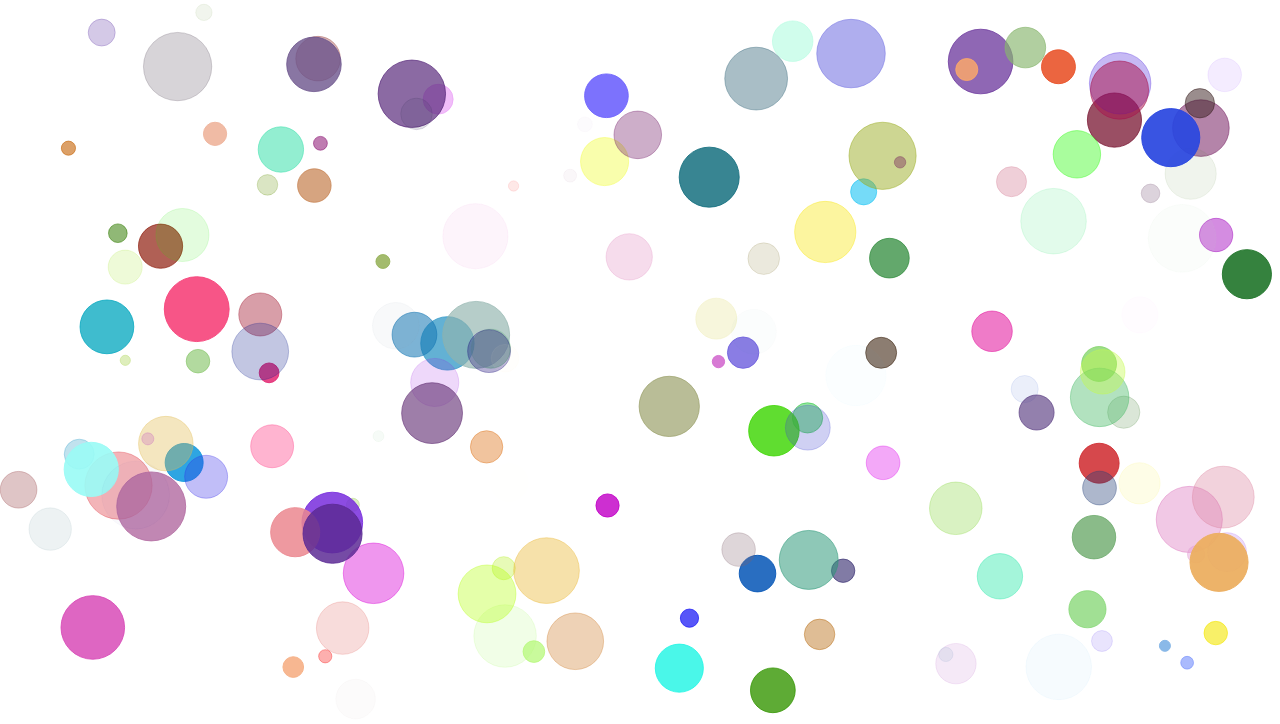
Repository: MikeTroianello/canvas-testing
Page: index.html
These files come from the project's save history. The page is drawn as it stood at one moment and after the next save; the edit follows.
The browser window is 1280 px wide. The pictures show the whole page.

Above is the page before, as saved 2019-06-05 16:42:01.

### index.html
<!DOCTYPE html>
<html lang="en">
  <head>
    <meta charset="UTF-8" />
    <meta name="viewport" content="width=device-width, initial-scale=1.0" />
    <meta http-equiv="X-UA-Compatible" content="ie=edge" />
    <link rel="stylesheet" type="text/css" href="style.css" />
    <title>Canvas</title>
  </head>
  <body>
    <canvas></canvas>
    <script src="canvas.js"></script>
  </body>
</html>

### style.css
body {
  margin: 0;
}

/* canvas {
  border: 1px solid black;
} */

### canvas.js
var canvas = document.querySelector('canvas');
console.log(canvas);

canvas.width = window.innerWidth;
canvas.height = window.innerHeight;

var ctx = canvas.getContext('2d');

// for (let i = 0; i < canvas.width; i++) {
//   ctx.fillStyle = `rgba(${i}, ${i}, ${i * 30}, 1)`;
//   ctx.fillRect(i * 100, i * 100, 100, 100);
// }

//Line

// ctx.beginPath();
// ctx.moveTo(50, 300);
// ctx.lineTo(300, 100);
// ctx.lineTo(400, 300);
// ctx.strokeStyle = 'blue';
// ctx.stroke();

//arc
// ctx.beginPath();
// ctx.arc(300, 300, 30, 0, Math.PI * 2, false);
// ctx.strokeStyle = 'red';
// ctx.stroke();

// for (let i = 0; i < 1009; i++) {
//   var x = Math.random() * window.innerWidth;
//   var y = Math.random() * window.innerHeight;
//   var r = Math.floor(Math.random() * 255);
//   ctx.beginPath();
//   ctx.arc(x, y, 30, 0, Math.PI * 2, false);
//   ctx.strokeStyle = `rgba(${Math.floor(Math.random() * 255)},${Math.floor(
//     Math.random() * 255
//   )},${Math.floor(Math.random() * 255)}, ${Math.random()}`;
//   ctx.stroke();
// }

//MOVING CIRCLE

class Circle {
  constructor(x, y, dx, dy, radius, color) {
    this.x = x;
    this.y = y;
    this.dx = dx;
    this.dy = dy;
    this.radius = radius;
    this.color = color;
    this.draw = function() {
      ctx.beginPath();
      ctx.arc(this.x, this.y, this.radius, 0, Math.PI * 2, false);
      ctx.strokeStyle = this.color;
      ctx.stroke();
      ctx.fillStyle = this.color;
      ctx.fill();
    };
    this.update = function() {
      if (this.x + radius >= innerWidth || this.x - radius <= 0) {
        this.dx = -this.dx;
      }
      if (this.y + radius >= innerHeight || this.y - radius <= 0) {
        this.dy = -this.dy;
      }
      this.x += this.dx;
      this.y += this.dy;

      this.draw();
    };
  }
}

var circleArray = [];

for (let i = 0; i < 150; i++) {
  let r = Math.random() * 30 + 5;
  // let r = 30;
  let x = Math.random() * (innerWidth - r * 2) + r;
  let y = Math.random() * (innerHeight - r * 2) + r;
  let dx = (Math.random() - 0.5) * 5;
  let dy = (Math.random() - 0.5) * 5;
  let color = `rgba(${Math.floor(Math.random() * 255)},${Math.floor(
    Math.random() * 255
  )},${Math.floor(Math.random() * 255)}, ${Math.random()}`;
  circleArray.push(new Circle(x, y, dx, dy, r, color));
}

console.log(circleArray);

function animate() {
  requestAnimationFrame(animate);
  ctx.clearRect(0, 0, innerWidth, innerHeight);

  for (let i = 0; i < circleArray.length; i++) {
    circleArray[i].update();
  }
}

animate();

After the next save:
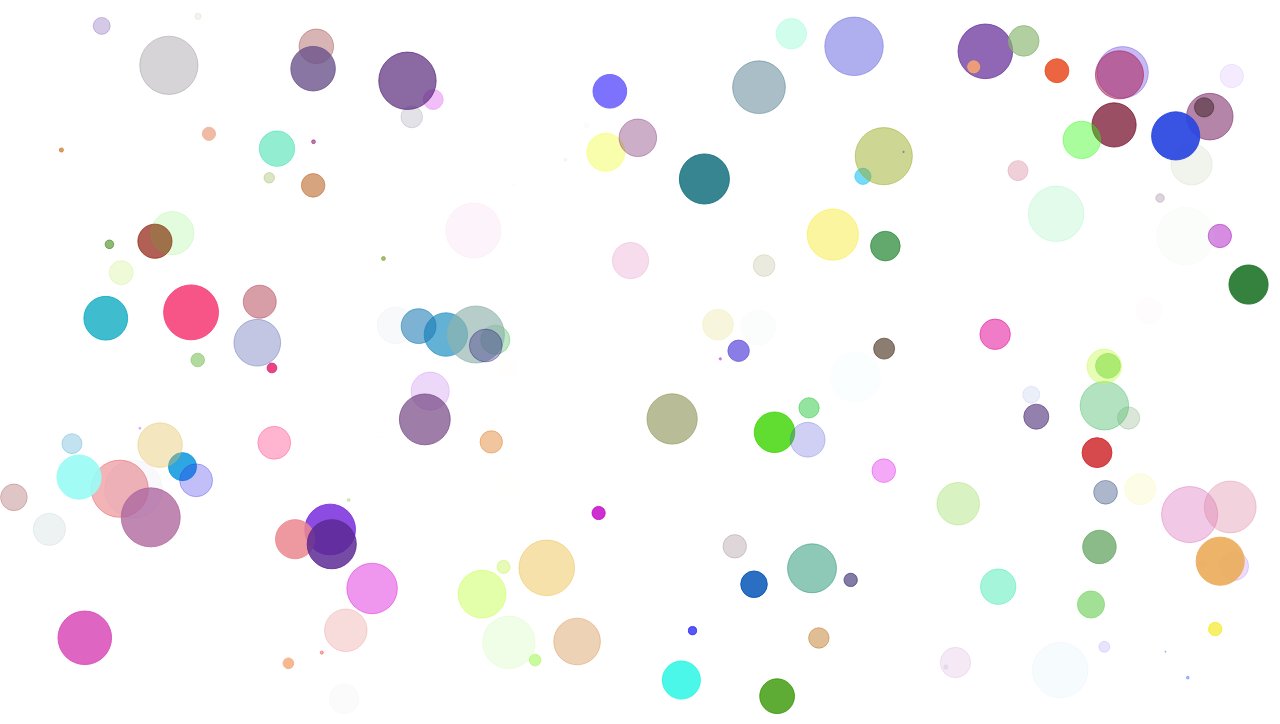
Saved 6 s later.
--- a/canvas.js
+++ b/canvas.js
@@ -74,7 +74,7 @@ class Circle {
 var circleArray = [];
 
 for (let i = 0; i < 150; i++) {
-  let r = Math.random() * 30 + 5;
+  let r = Math.random() * 30;
   // let r = 30;
   let x = Math.random() * (innerWidth - r * 2) + r;
   let y = Math.random() * (innerHeight - r * 2) + r;
